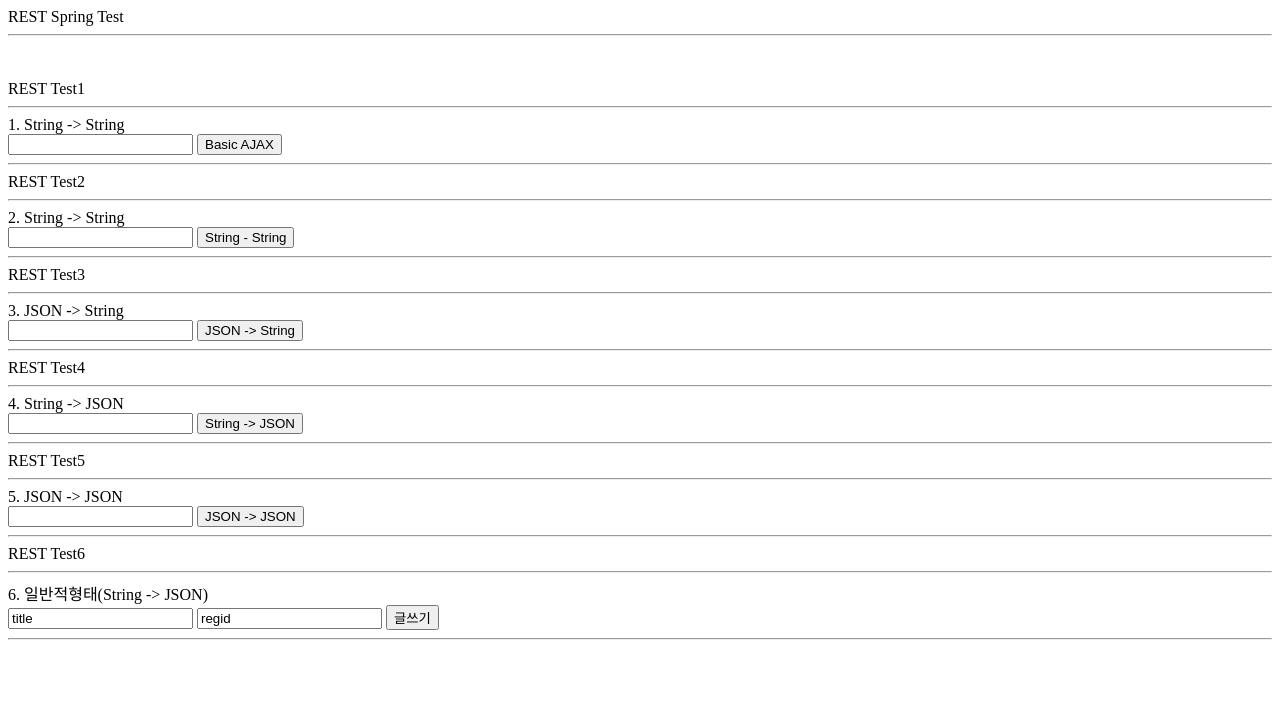
Repository: hinoky4693/workspace_spring
Page: http://localhost/spring3_prj/lec05_rest/rest_test_spring.jsp
These files come from the project's save history. The page is drawn as it stood at one moment and after the next save; the edit follows.
The browser window is 1280 px wide. The pictures show the whole page.
The page is served by Tomcat 9. Nobody is signed in. The application's start-up code is not run.

Above is the page before, as saved 2024-06-17 08:02:46.

After the next save:
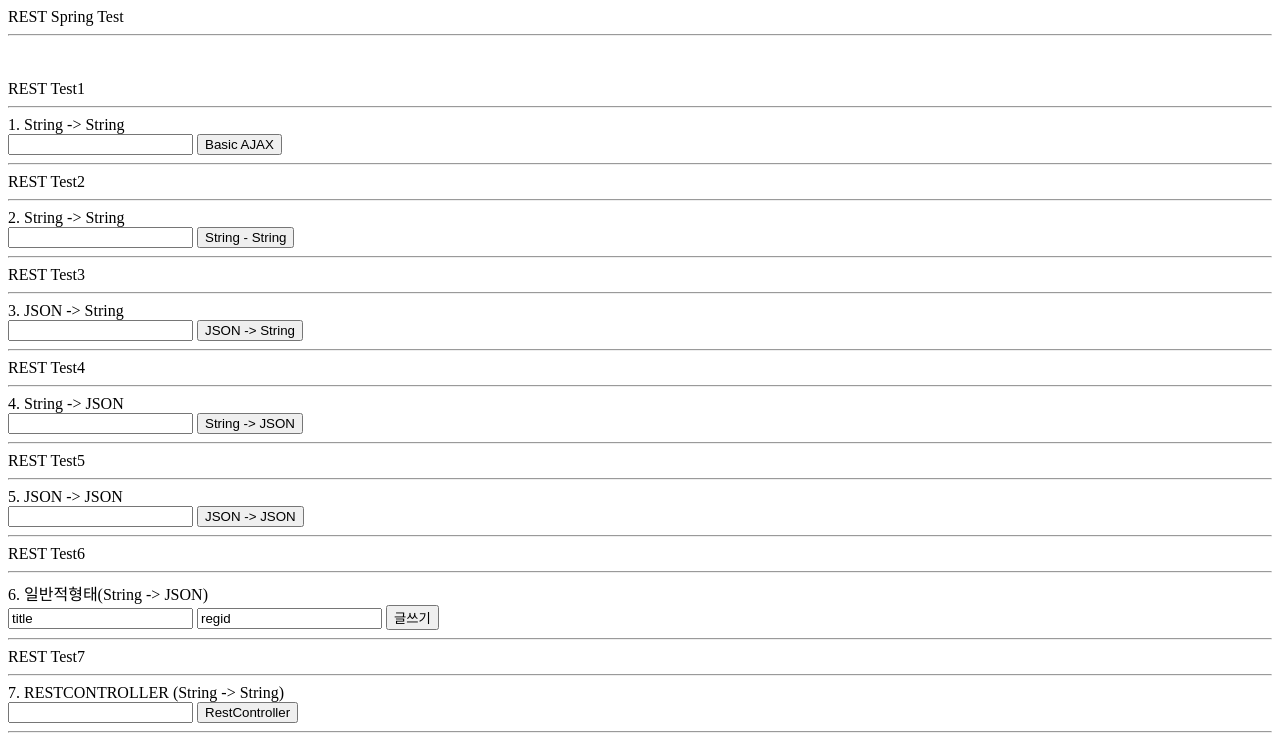
Saved 38 min 20 s later.
--- a/spring3_prj/src/main/webapp/lec05_rest/rest_test_spring.jsp
+++ b/spring3_prj/src/main/webapp/lec05_rest/rest_test_spring.jsp
@@ -44,6 +44,12 @@ REST Test6<hr>
 <input type="text" id="title" name="title" value="title">
 <input type="text" id="regid" name="regid" value="regid">
 <input type="button" id="writeButton" value="글쓰기"><hr>
+</form>
+
+REST Test7<hr>
+7. RESTCONTROLLER (String -> String) <br>
+<input type="text" id="ename6" name="ename6">
+<input type="button" id="rest_string_string" value="RestController"><hr>
 </form>
 
 <script src="https://code.jquery.com/jquery-3.7.1.js"></script>
@@ -148,6 +154,20 @@ $(function(){
 		});
 	});
 
+	$("#rest_string_string").click(  function(){
+		var ename2 = $("#ename2").val();
+
+		$.ajax({
+			method      : "POST",
+	        url         : "${pageContext.request.contextPath}/restctl_str_str",
+	        data 		: "ename="+ename2,
+	  		error 	    : function(myval){ console.log("에러:" + myval);   },
+	  		success     : function(myval){
+	  										console.log("1. Spring 응답 : " + myval);
+	  									 }
+		});
+	});
+
 })
 
 </script>
